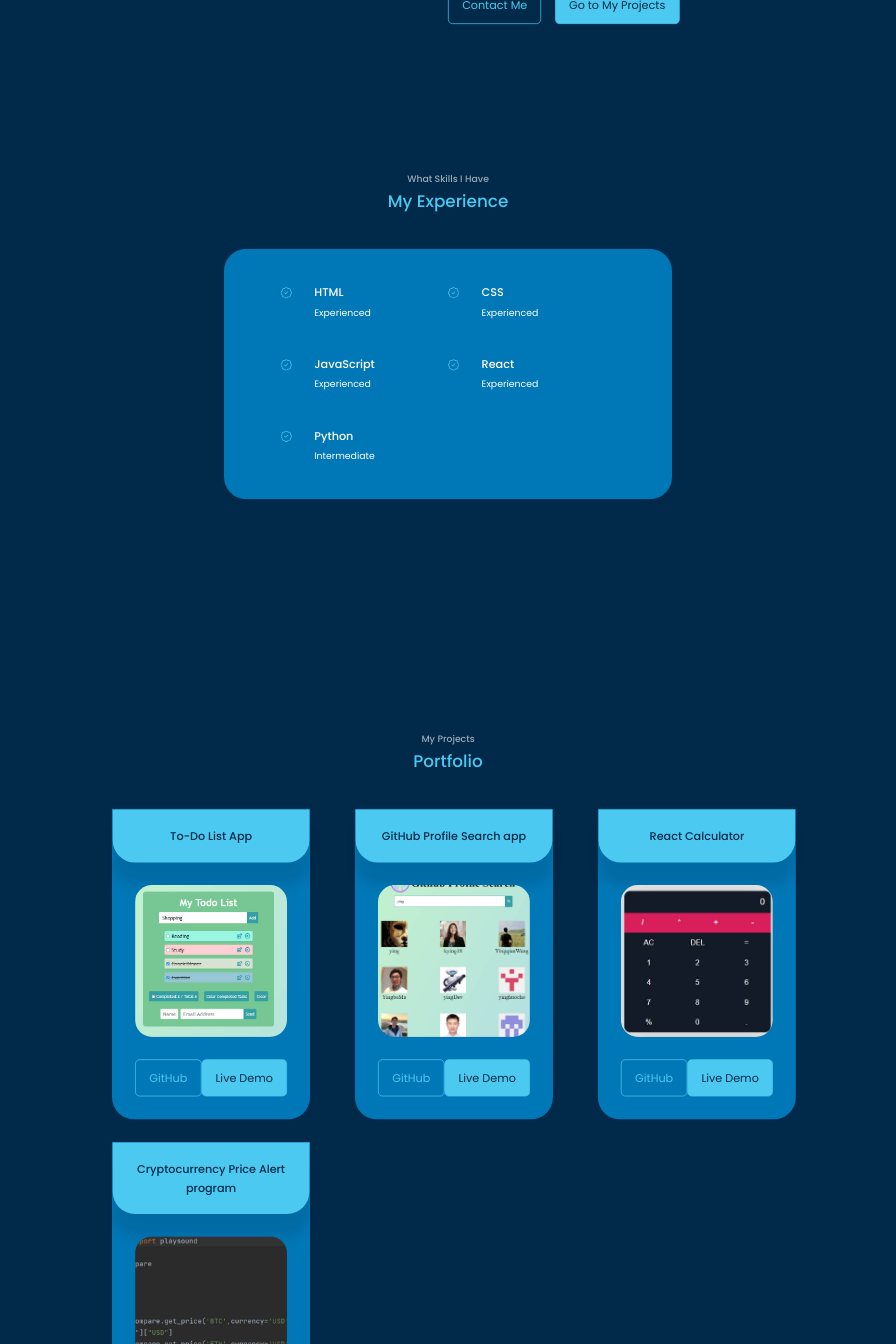
Repository: yingluo1020/react-portfolio-website
Page: /
The author's editor kept a copy of each file at every save. The page is drawn from the files as they stood at one save, then again after the next save.
The browser window is 1280 px wide. The pictures show the part of the page from y = 915 to 2835 px (the page is 4241 px tall before and 5343 px after), at 70% of full size.
The project was rebuilt for these pictures with package versions that can differ from the ones it lists, and the page was loaded fresh each time. Imported but missing from the stored project, and not drawn on this page: src/assets/YingLuo_resume.pdf.

Above is the page before, as saved 2022-03-16 16:19:51.

After the next save:
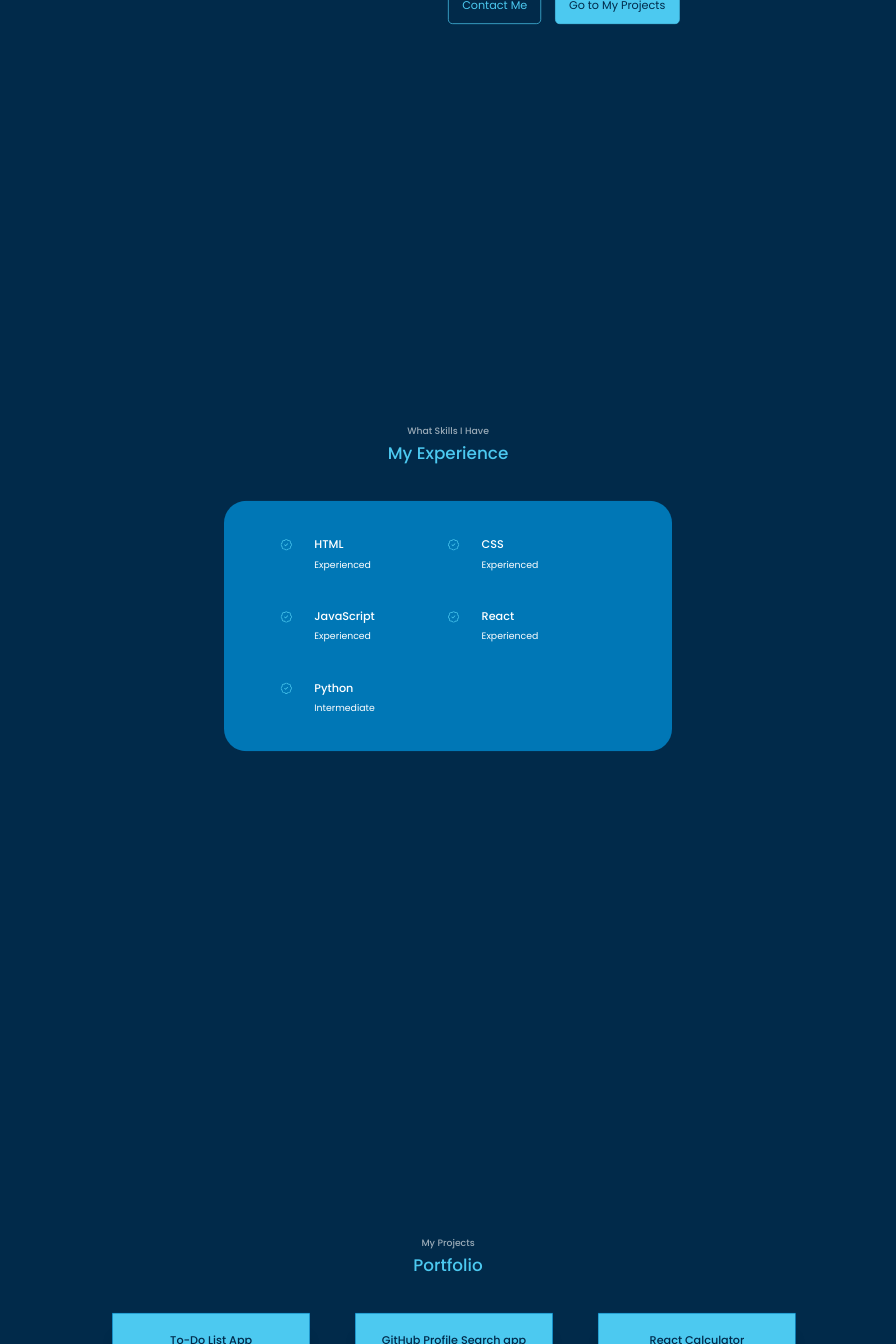
Saved 5 min 5 s later.
--- a/src/index.css
+++ b/src/index.css
@@ -60,7 +60,7 @@ h1 {
 
 section {
     margin-bottom: 5rem;
-    min-height: 100vh;
+    min-height: 150vh;
 }
 
 section > h2, section > h5 {
